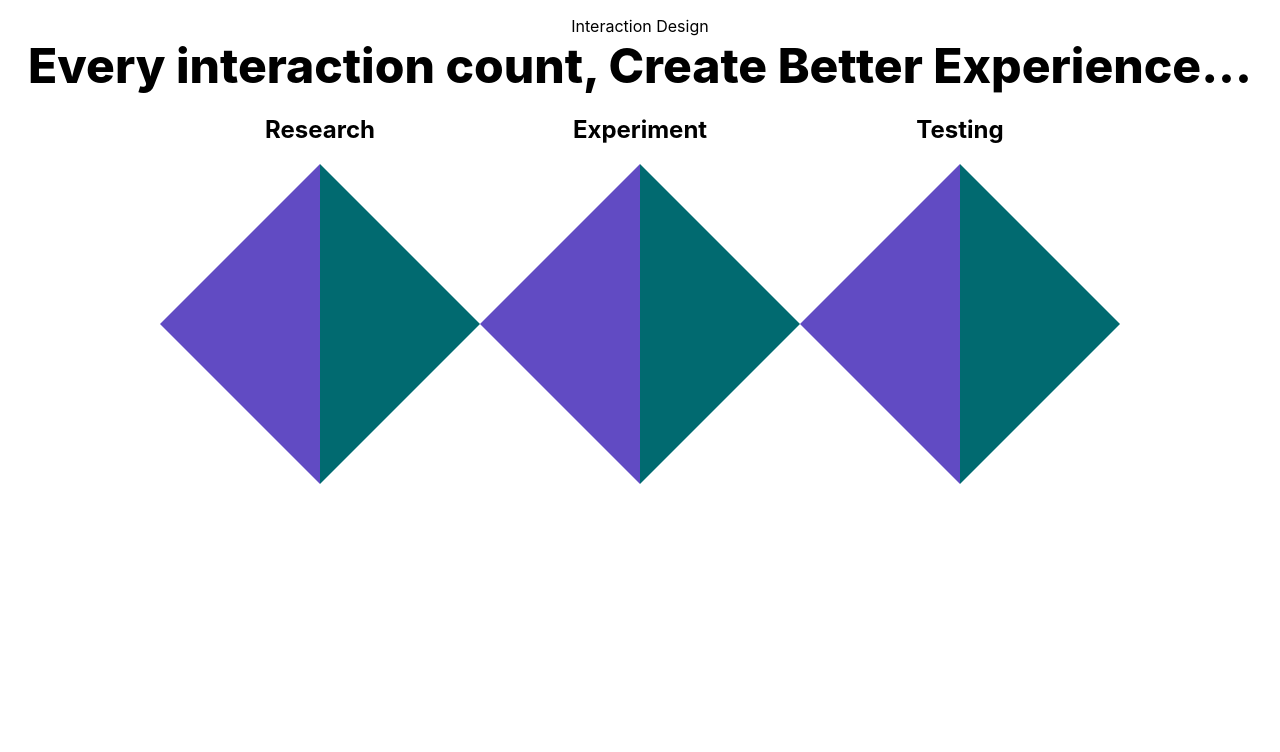
Repository: YingCG/interaction-design
Page: /
An editor plug-in stored every save of this project. The page is shown before and after the next save, followed by the edit.
The browser window is 1280 px wide. The pictures show the whole page.
The project was rebuilt for these pictures with package versions that can differ from the ones it lists, and the page was loaded fresh each time. Also part of the build but not shown: src/ProjectOverview.js, src/About.jsx, src/Nav.jsx.

Above is the page before, as saved 2023-09-08 17:17:15.

After the next save:
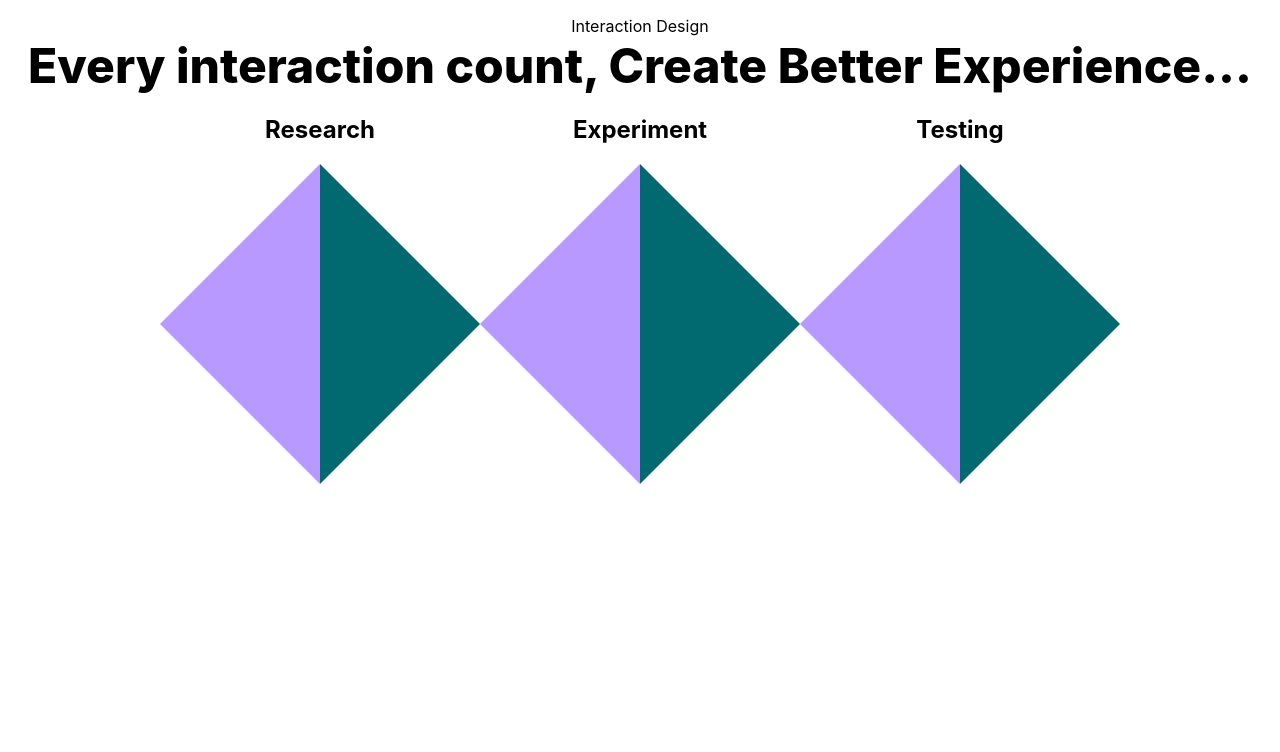
Saved 19 s later.
--- a/src/App.css
+++ b/src/App.css
@@ -20,7 +20,7 @@
   height: 0;
   border-top: 10rem solid transparent;
   border-bottom: 10rem solid transparent;
-  border-right: 10rem solid #614bc3;
+  border-right: 10rem solid #b799ff;
 }
 .arrow-left:hover {
   border-right: 10rem solid #ffa1f5;
